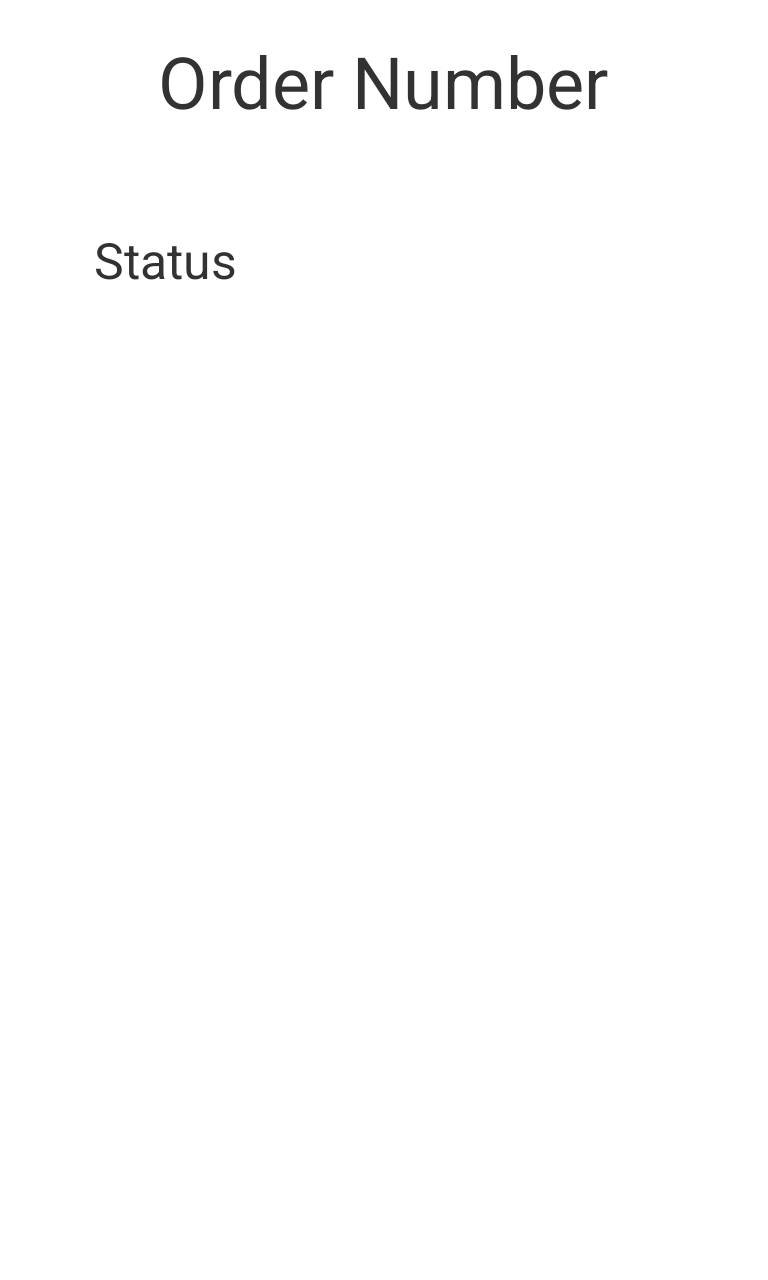
Repository: PotatoBiscuit/Thirstbuster
Layout: MobApp/workspace/DrinkAndGo/res/layout/activity_order.xml
An editor plug-in stored every save of this project. The layout is shown before and after the next save, followed by the edit.
It is drawn on a 768 x 1280 px phone screen (xhdpi) without system bars, with theme AppTheme; the app's code is not run.

Above is the layout before, as saved 2016-04-18 01:39:07.

After the next save:
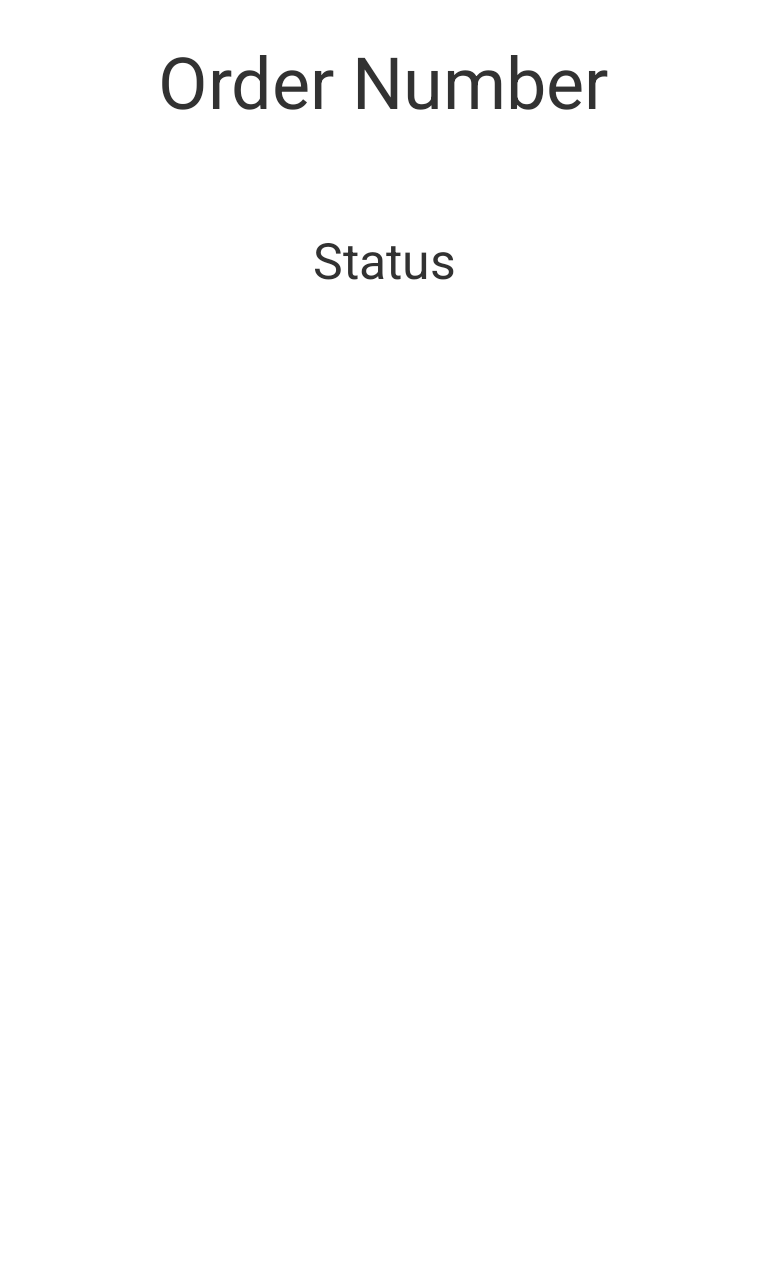
Saved 31 s later.
--- a/MobApp/workspace/DrinkAndGo/res/layout/activity_order.xml
+++ b/MobApp/workspace/DrinkAndGo/res/layout/activity_order.xml
@@ -16,6 +16,7 @@
         android:layout_width="wrap_content"
         android:layout_height="wrap_content"
         android:layout_gravity="center_horizontal"
+        android:gravity="center_horizontal"
         android:text="@string/order_number"
         android:textSize="@dimen/title_size" />
 
@@ -25,6 +26,7 @@
         android:layout_height="wrap_content"
         android:layout_gravity="center_horizontal"
         android:ems="10"
+        android:gravity="center_horizontal"
         android:textSize="@dimen/title_size" />
 
     <TextView
@@ -32,6 +34,7 @@
         android:layout_width="wrap_content"
         android:layout_height="wrap_content"
         android:ems="10"
+        android:gravity="center_horizontal"
         android:text="@string/status"
         android:textSize="@dimen/title_size2" />
 
@@ -40,6 +43,7 @@
         android:layout_width="match_parent"
         android:layout_height="wrap_content"
         android:ems="10"
+        android:gravity="center_horizontal"
         android:textSize="@dimen/title_size" />
 
 </LinearLayout>
